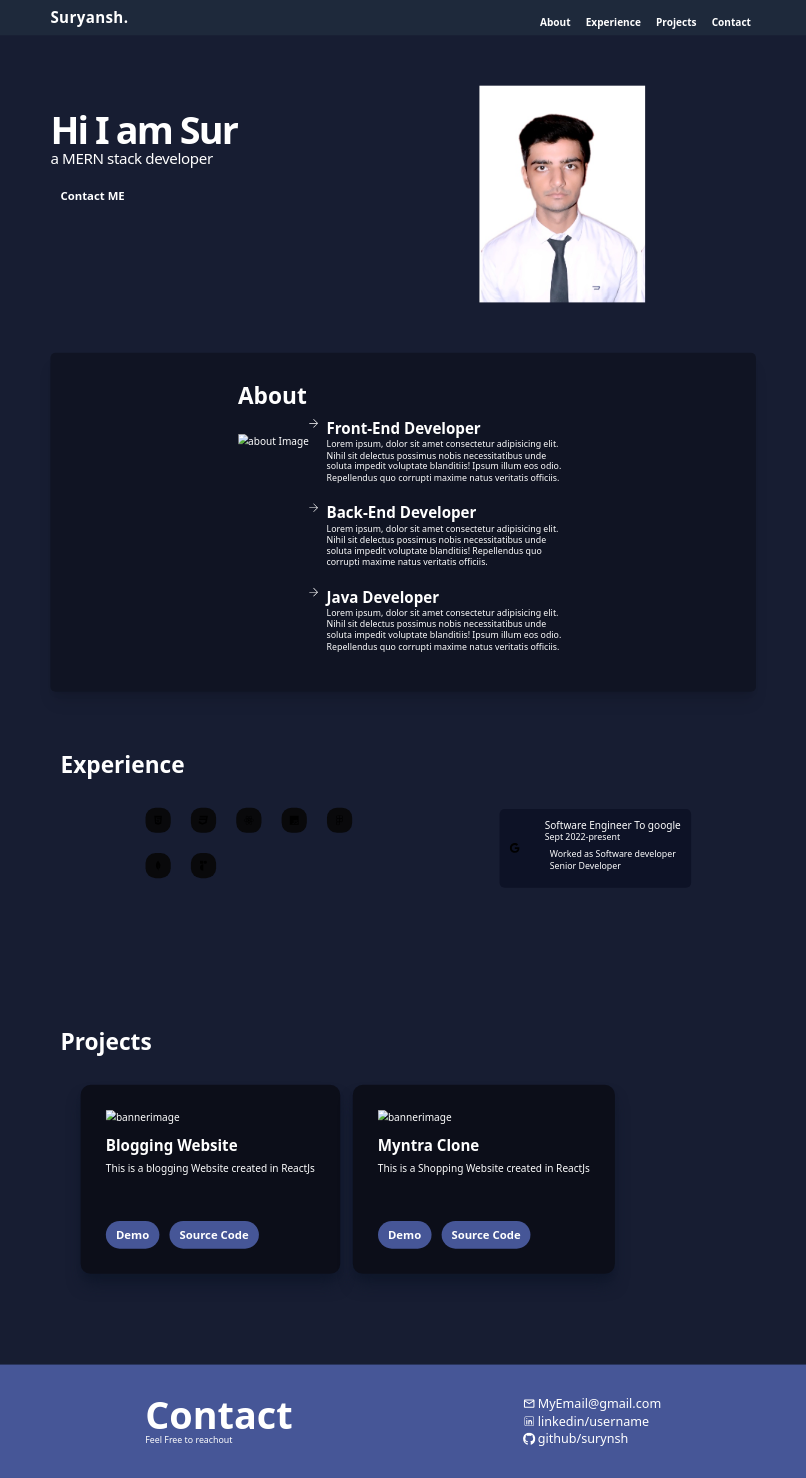
Repository: suryanshsingh99181/portfolio
Page: /
The author's editor kept a copy of each file at every save. The page is drawn from the files as they stood at one save, then again after the next save.
The browser window is 1280 px wide. The pictures show the whole page, at 63% of full size.
The project was rebuilt for these pictures with package versions that can differ from the ones it lists, and the page was loaded fresh each time. Also part of the build but not shown: vite.config.js.

Above is the page before, as saved 2024-08-22 01:54:13.

### src/main.jsx
import { StrictMode } from "react";
import { createRoot } from "react-dom/client";
import App from "./App.jsx";
import "./index.css";
import { BrowserRouter, Router } from "react-router-dom";

createRoot(document.getElementById("root")).render(
  <StrictMode>
    <App />
  </StrictMode>
);

### src/App.jsx
import About from "./Components/about/About";
import Experience from "./Components/experience/Experience";
import Footer from "./Components/footer/Footer";
import Home from "./Components/home/Home";
import Navbar from "./Components/navbar/Navbar";
import Projects from "./Components/Projects/Projects";
import "./index.css";

function App() {
  return (
    <div className="bg-[#171d32] h-auto w-full overflow-hidden">
      <Navbar></Navbar>
      <Home></Home>
      <About></About>
      <Experience></Experience>
      <Projects></Projects>
      <Footer></Footer>
    </div>
  );
}

export default App;

### src/Components/about/About.jsx
import { InboxArrowDownIcon } from "@heroicons/react/16/solid";
import { TfiArrowRight } from "react-icons/tfi";

const About = () => {
  return (
    <div
      id="About"
      className="text-white md:flex overflow-hidden items-center md:flex-wrap md:justify-center bg-black shadow-xl mx-0 md:mx-20 bg-opacity-30 rounded-lg p-12"
    >
      <div>
        <h2 className="text-2xl md:text-4xl font-bold">About</h2>
        <div className="md:flex flex-wrap flex-col md:flex-row items-center">
          <img className="md:h-80" src={""} alt="about Image" />
          <ul>
            <div className="flex gap-3 py-4">
              <TfiArrowRight />
              <span className="w-96">
                <h1 className="text-xl md:text-2xl font-semibold leading-normal">
                  {" "}
                  Front-End Developer
                </h1>
                <p className="text-sm md:text-md leading-tight">
                  {" "}
                  Lorem ipsum, dolor sit amet consectetur adipisicing elit.
                  Nihil sit delectus possimus nobis necessitatibus unde soluta
                  impedit voluptate blanditiis! Ipsum illum eos odio.
                  Repellendus quo corrupti maxime natus veritatis officiis.
                </p>
              </span>
            </div>
            <div className="flex gap-3 py-4">
              <TfiArrowRight />
              <span className="w-96">
                <h1 className="text-xl md:text-2xl font-semibold leading-normal">
                  {" "}
                  Back-End Developer
                </h1>
                <p className="text-sm md:text-md leading-tight">
                  {" "}
                  Lorem ipsum, dolor sit amet consectetur adipisicing elit.
                  Nihil sit delectus possimus nobis necessitatibus unde soluta
                  impedit voluptate blanditiis! Repellendus quo corrupti maxime
                  natus veritatis officiis.
                </p>
              </span>
            </div>
            <div className="flex gap-3 py-4">
              <TfiArrowRight />
              <span className="w-96">
                <h1 className="text-xl md:text-2xl font-semibold leading-normal">
                  {" "}
                  Java Developer
                </h1>
                <p className="text-sm md:text-md leading-tight">
                  {" "}
                  Lorem ipsum, dolor sit amet consectetur adipisicing elit.
                  Nihil sit delectus possimus nobis necessitatibus unde soluta
                  impedit voluptate blanditiis! Ipsum illum eos odio.
                  Repellendus quo corrupti maxime natus veritatis officiis.
                </p>
              </span>
            </div>
          </ul>
        </div>
      </div>
    </div>
  );
};

export default About;

### src/Components/experience/Experience.jsx
import {
  FaCss3,
  FaFigma,
  FaGoogle,
  FaHtml5,
  FaJs,
  FaReact,
} from "react-icons/fa";
import { SiMongodb, SiRadixui } from "react-icons/si";

const Experience = () => {
  return (
    <div id="Experience" className="p-10 md:p-24">
      <h1 className="text-2xl md:text-4xl text-white font-bold">Experience</h1>
      <div className="flex flex-wrap items-center justify-around">
        <div className="flex flex-wrap md:w-2/5 gap-8 md:p-12 py-10">
          <span className="p-3 bg-zinc-950 flex items-center rounded-2xl ">
            <FaHtml5 />
          </span>
          <span className="p-3 bg-zinc-950 flex items-center rounded-2xl ">
            <FaCss3 />
          </span>
          <span className="p-3 bg-zinc-950 flex items-center rounded-2xl ">
            <FaReact />
          </span>
          <span className="p-3 bg-zinc-950 flex items-center rounded-2xl ">
            <FaJs />
          </span>
          <span className="p-3 bg-zinc-950 flex items-center rounded-2xl ">
            <FaFigma />
          </span>
          <span className="p-3 bg-zinc-950 flex items-center rounded-2xl ">
            <SiMongodb />
          </span>
          <span className="p-3 bg-zinc-950 flex items-center rounded-2xl ">
            <SiRadixui />
          </span>
        </div>
        <div className="flex gap-10 bg-slate-950 bg-opacity-45 mt-4 rounded-lg p-4 items-center">
          <FaGoogle />
          <span className="text-white">
            <h2 className=" leading-tight ">Software Engineer To google</h2>
            <p className="text-sm leading-tight font-thin">Sept 2022-present</p>
            <ul className="text-sm p-2">
              <li>Worked as Software developer</li>
              <li>Senior Developer</li>
            </ul>
          </span>
        </div>
      </div>
    </div>
  );
};

export default Experience;

### src/Components/footer/Footer.jsx
import { CiLinkedin } from "react-icons/ci";
import { FaGithub } from "react-icons/fa";
import { MdOutlineEmail } from "react-icons/md";

const Footer = () => {
  return (
    <div
      id="Contact"
      className="flex justify-around bg-[#465697] text-white p-10 md:p-12 items-center"
    >
      <div>
        <h1 className="text-2xl md:text-6xl font-bold">Contact</h1>
        <h3 className="text-2xl md:text-sm font-normal ">
          Feel Free to reachout
        </h3>
      </div>
      <ul className="text-sm md:text-xl">
        <li className="flex gap-1 items-center">
          <MdOutlineEmail />
          MyEmail@gmail.com
        </li>
        <li className="flex gap-1 items-center">
          <CiLinkedin />
          linkedin/username
        </li>
        <li className="flex gap-1 items-center">
          <FaGithub />
          github/surynsh
        </li>
      </ul>
    </div>
  );
};

export default Footer;
<div></div>;

### src/Components/home/Home.jsx
import React from "react";
import image from "../../assets/suryansh.jpg";
import TextChanger from "../../TextChanger";

const Home = () => {
  return (
    <div className="text-white flex w-full justify-between items-start p-10 md:p-20">
      <div className="md:w-2/4 md:pt-10">
        <h1 className="text-3xl md:text-6xl font-bold flex leading-normal tracking-tighter ">
          <TextChanger />
        </h1>
        <p className="text-sm md:text-2xl leading-tight tracking-tight">
          a MERN stack developer
        </p>
        <button className="mt-5 md:md-10 text-white py-2 px-3 text-sm md:text-lg md:px-4 hover:opacity-85 duration-300 hover:scale-105 font-semibold rounded-3xl bg-[#46]">
          Contact ME
        </button>
      </div>
      <div>
        <img className="w-3/5" src={image} alt="" />
      </div>
    </div>
  );
};

export default Home;

### src/Components/navbar/Navbar.jsx
import { RiCloseLine, RiMenu3Line } from "@remixicon/react";
import React, { useState } from "react";

const Navbar = () => {
  const [showMenu, setShowMenu] = useState(true);
  const [menu, openMenu] = useState(false);
  return (
    <nav className="flex flex-wrap justify-between md:items-center text-white px-10  md:px-20 bg-slate-800 ">
      <span className="text-2xl font-bold tracking-wide hover:text-cyan-200">
        Suryansh.
      </span>
      <ul
        className={`mx-24  py-2 mt-4 font-semibold md:-5 bg-black px-2 rounded-xl bg-opacity-30 md:border-none text-center md:bg-transparent md:static md:mx-0 md:flex gap-6 ${
          menu ? "block" : "hidden"
        }`}
      >
        <a href="#About">
          <li className="text-md transition-all duration-500 p-1 md:p-0 hover:text-cyan-200 hover:underline ">
            About
          </li>
        </a>
        <a href="#Experience">
          <li className="text-md transition-all duration-300 p-1 md:p-0 hover:text-cyan-200 hover:underline">
            Experience
          </li>
        </a>
        <a href="#Projects">
          <li className="text-md transition-all duration-300 p-1 md:p-0 hover:text-cyan-200 hover:underline">
            Projects
          </li>
        </a>
        <a href="#Contact">
          <li className="text-md transition-all duration-300 p-1 md:p-0 hover:text-cyan-200 hover:underline">
            Contact
          </li>
        </a>
      </ul>
      {showMenu ? (
        <RiMenu3Line
          size={30}
          className="md:hidden absolute right-10 top-6 transition-all duration-300"
          onClick={() => {
            openMenu(!menu);
            setShowMenu(!showMenu);
          }}
        />
      ) : (
        <RiCloseLine
          size={30}
          className="md:hidden absolute right-10 top-6 transition-all duration-300"
          onClick={() => {
            openMenu(!menu);
            setShowMenu(!showMenu);
          }}
        />
      )}
    </nav>
  );
};

export default Navbar;

### src/Components/Projects/Projects.jsx
import ProjectCard from "./ProjectCard";

const Projects = () => {
  return (
    <div id="Projects" className="p-10 md:p-24 text-white">
      <h1 className="text-2xl md:text-4xl text-white font-bold">Projects</h1>
      <div className="py-12 px-8 flex flex-wrap gap-5">
        <ProjectCard
          title="Blogging Website"
          main="This is a blogging Website created in ReactJs"
        />
        <ProjectCard
          title="Myntra Clone"
          main="This is a Shopping Website created in ReactJs"
        />
      </div>
    </div>
  );
};

export default Projects;

### src/TextChanger.jsx
import { useState, useEffect } from "react";

const TextChanger = () => {
  const texts = ["Hi I am Suryansh", "Hi I am Suryansh", "Hi I am Suryansh"];
  const [currentText, setCurrentText] = useState("");
  const [endValue, setEndValue] = useState(true);
  const [isForward, setIsForward] = useState(true);
  const [index, setIndex] = useState(0);

  useEffect(() => {
    const intervalId = setInterval(() => {
      setCurrentText(texts[index].substring(0, endValue));
      if (isForward) {
        setEndValue((prev) => prev + 1);
      } else {
        setEndValue((prev) => prev - 1);
      }
      if (endValue > texts[index].length + 10) {
        setIsForward(false);
      }
      if (endValue < 2.1) {
        setIsForward(true);
        setIndex((prev) => prev & texts.length);
      }
    }, 50);
    return () => clearInterval(intervalId);
  }, [endValue, isForward, index, texts]);
  return <div className="transition ease duration-300">{currentText}</div>;
};

export default TextChanger;

### src/Components/Projects/ProjectCard.jsx
const ProjectCard = ({ title, main }) => {
  return (
    <div className="p-3 md:p-6 flex flex-col bg-[#0c0e19] shadow-xl shadow-slate-900 rounded-2xl">
      <img className="p-4" src={""} alt="bannerimage" />
      <h3 className="px-4 text-xl md:text-2xl font-bold leading-normal">
        {title}
      </h3>
      <p className="px-4 text-sm md:text-base leading-tight py-2">{main}</p>
      <div className="mt-2 p-2 md:p-4 flex gap-2 md:gap-4 ">
        <button className="md:mt-10 text-white py-2 px-3 text-sm md:text-lg md:py-2 md:px-4 hover:opacity-85 duration-300 hover:scale-105 font-semibold rounded-3xl bg-[#465697]">
          Demo
        </button>
        <button className="md:mt-10 text-white py-2 px-3 text-sm md:text-lg md:py-2 md:px-4 hover:opacity-85 duration-300 hover:scale-105 font-semibold rounded-3xl bg-[#465697]">
          Source Code
        </button>
      </div>
    </div>
  );
};

export default ProjectCard;

Loaded but not shown: index.html (common file); src/index.css (common file); tailwind.config.js (common file)

After the next save:
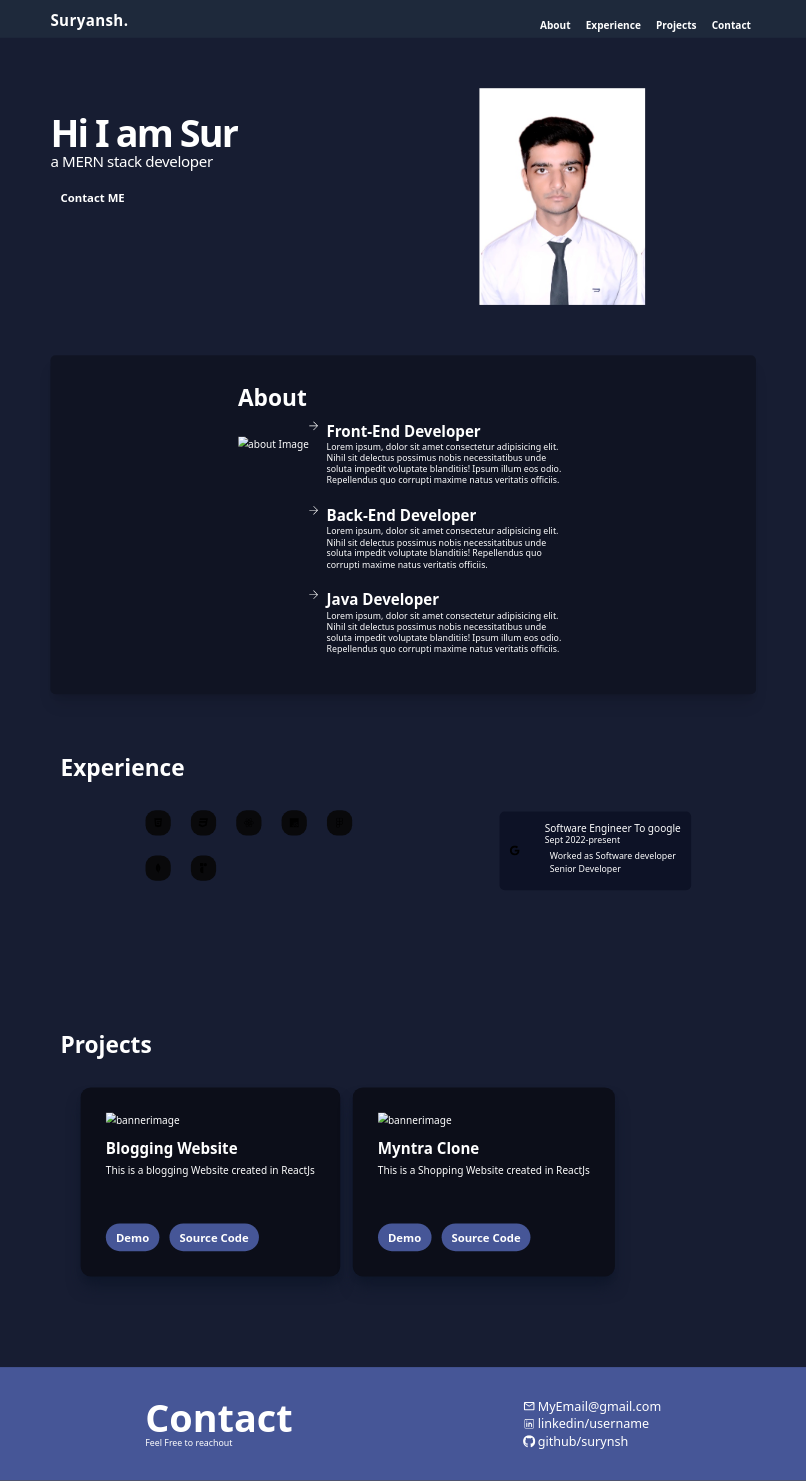
Saved 17 s later.
--- a/src/Components/navbar/Navbar.jsx
+++ b/src/Components/navbar/Navbar.jsx
@@ -5,7 +5,7 @@
   const [showMenu, setShowMenu] = useState(true);
   const [menu, openMenu] = useState(false);
   return (
-    <nav className="flex flex-wrap justify-between md:items-center text-white px-10  md:px-20 bg-slate-800 ">
+    <nav className="flex flex-wrap justify-between md:items-center text-white px-10 pt-1 md:px-20 bg-slate-800 ">
       <span className="text-2xl font-bold tracking-wide hover:text-cyan-200">
         Suryansh.
       </span>

After the save that followed:
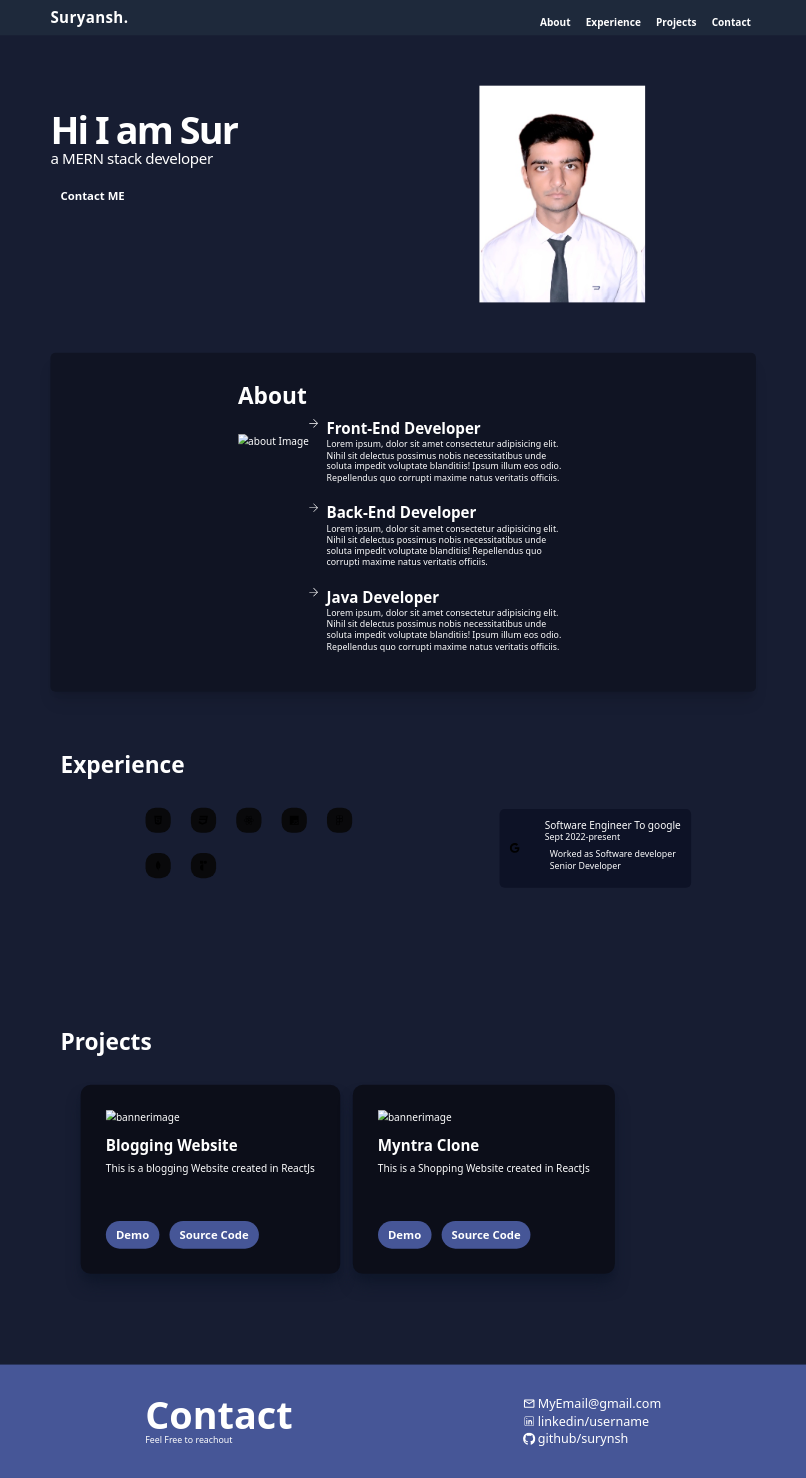
Saved 11 s later.
--- a/src/Components/navbar/Navbar.jsx
+++ b/src/Components/navbar/Navbar.jsx
@@ -5,7 +5,7 @@
   const [showMenu, setShowMenu] = useState(true);
   const [menu, openMenu] = useState(false);
   return (
-    <nav className="flex flex-wrap justify-between md:items-center text-white px-10 pt-1 md:px-20 bg-slate-800 ">
+    <nav className="flex flex-wrap justify-between md:items-center text-white px-10 md:px-20 bg-slate-800 ">
       <span className="text-2xl font-bold tracking-wide hover:text-cyan-200">
         Suryansh.
       </span>
